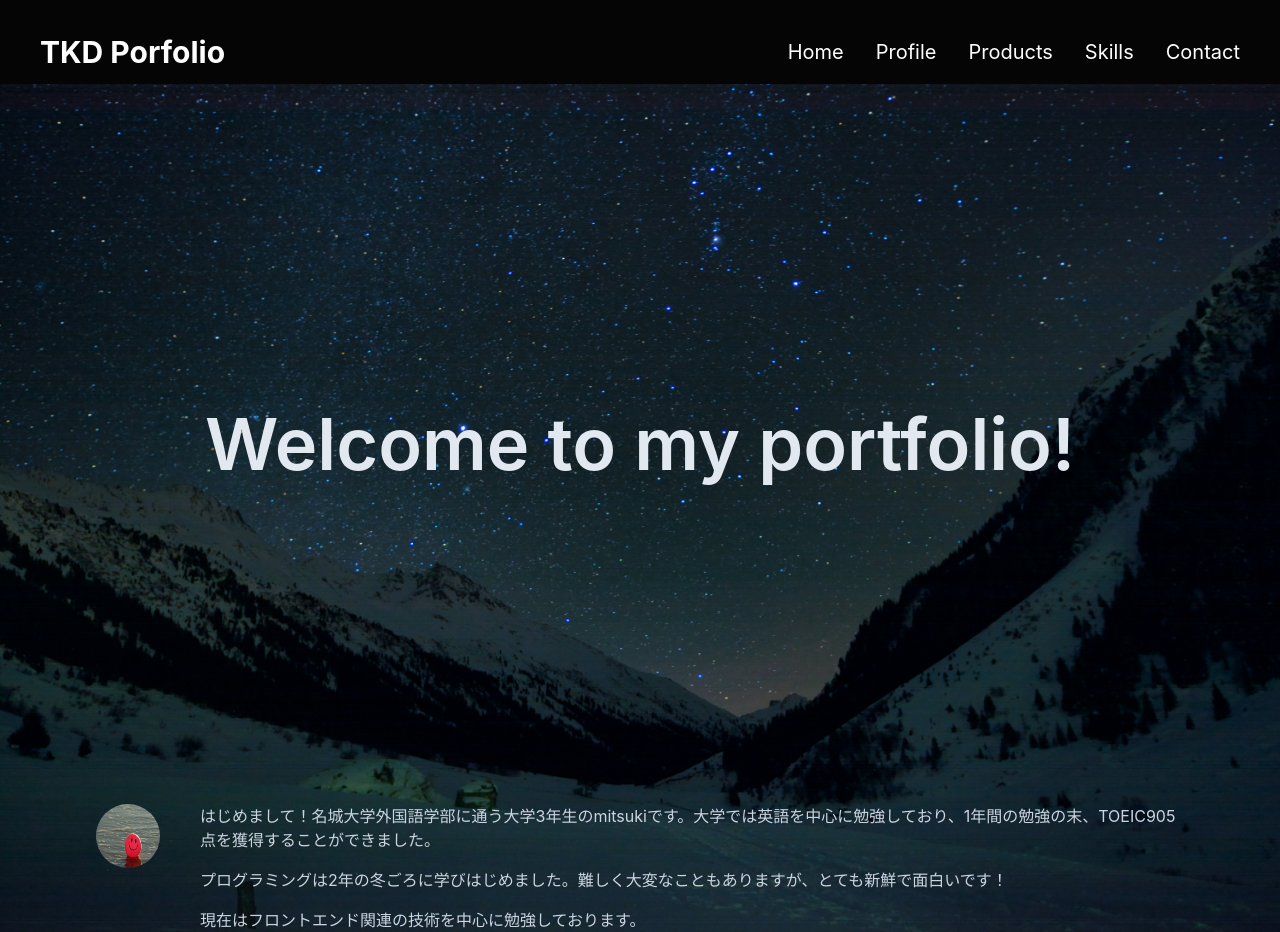
Repository: MitukiTakada/todo-aplication
Page: / (app in design/dev/react-tailwind/react-tailwind/)
The author's editor kept a copy of each file at every save. The page is drawn from the files as they stood at one save, then again after a run of saves.
The browser window is 1280 px wide. The pictures show the whole page.
The project was rebuilt for these pictures with package versions that can differ from the ones it lists, and the page was loaded fresh each time. Also part of the build but not shown: design/dev/react-tailwind/react-tailwind/src/components/Contact.jsx, design/dev/react-tailwind/react-tailwind/src/components/Products.jsx, design/dev/react-tailwind/react-tailwind/src/components/Profile.jsx, design/dev/react-tailwind/react-tailwind/src/components/Skills.jsx.

Above is the page before, as saved 2022-11-19 15:00:52.

After the next 3 saves:
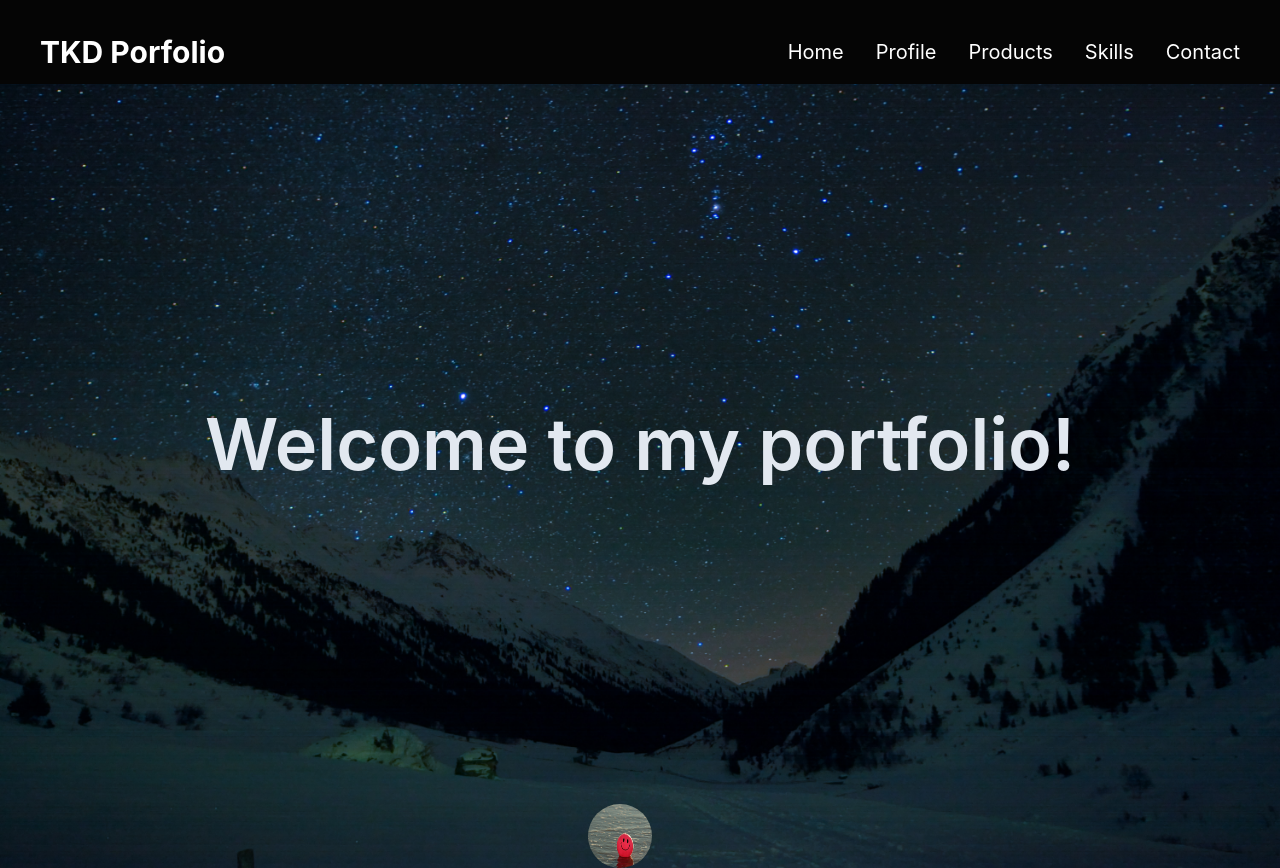
The 3 saves are shown as one change because they came seconds apart.
The last was saved 9 s later.
--- a/design/dev/react-tailwind/react-tailwind/src/components/Home.jsx
+++ b/design/dev/react-tailwind/react-tailwind/src/components/Home.jsx
@@ -11,17 +11,7 @@ const Home = () => {
       </div>
       <div className="flex mx-auto px-24 space-x-10 justify-center">
         <img src={userImage} alt="" className="h-16 w-16 rounded-full"/>
-        <div className="space-y-4 text-slate-300">
-          <p>
-            はじめまして！名城大学外国語学部に通う大学3年生のmitsukiです。大学では英語を中心に勉強しており、1年間の勉強の末、TOEIC905点を獲得することができました。
-          </p>
-          <p>
-            プログラミングは2年の冬ごろに学びはじめました。難しく大変なこともありますが、とても新鮮で面白いです！
-          </p>
-          <p>
-            現在はフロントエンド関連の技術を中心に勉強しております。
-          </p>
-        </div>
+        <h1></h1>
       </div>
     </div>
   )
